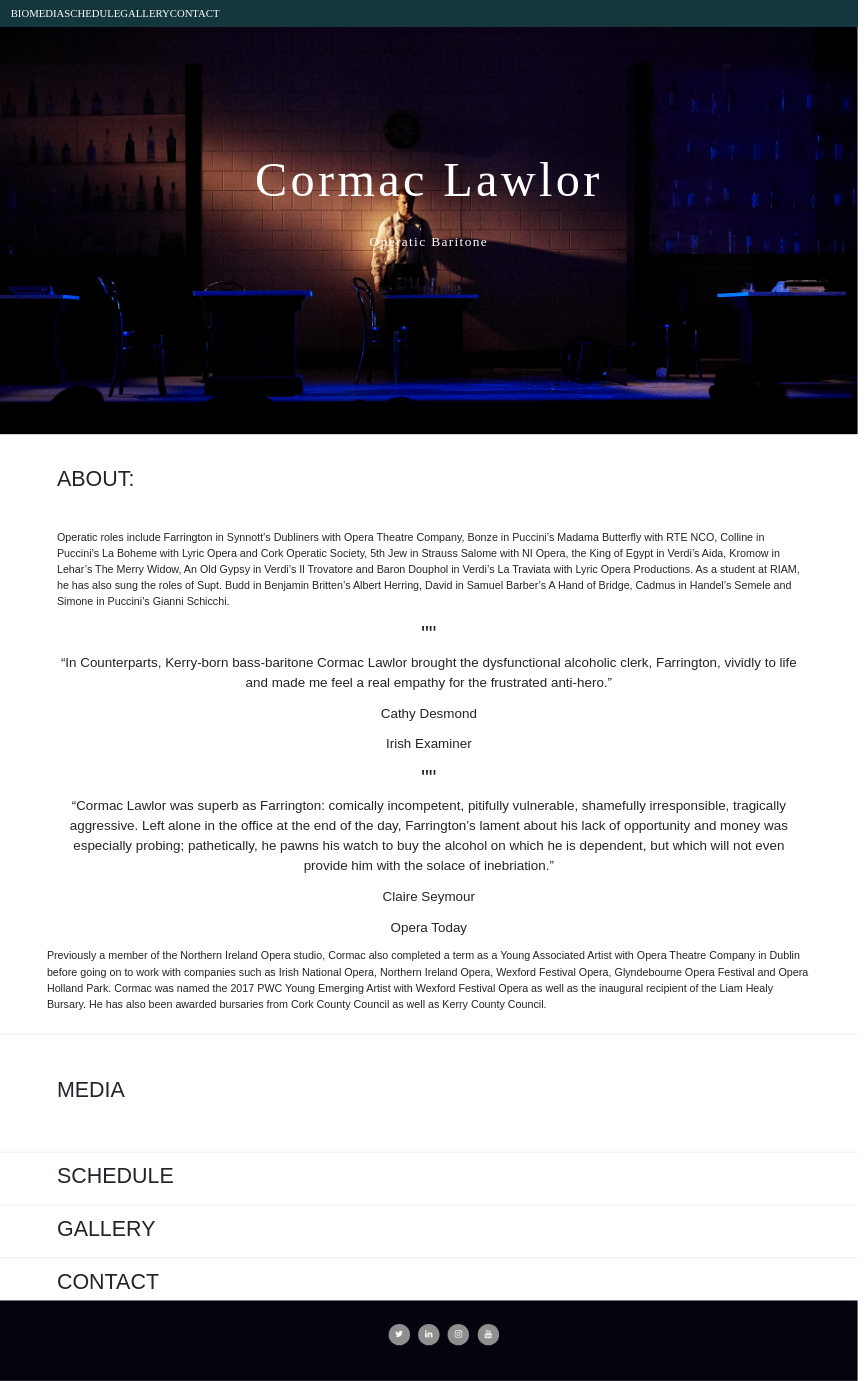
Repository: armedcor/frontend-project
Page: index.html
The author's editor kept a record of every edit. The page is drawn from the files as they stood at one moment, then again after the next edit.
The browser window is 1280 px wide. The page is 1295 px wide, so the pictures cover 1295 px, including what lies to the right of the window. The pictures show the whole page, at 67% of full size.
Backgrounds fixed to the window are drawn as part of the page. Some web fonts or font styles are not loaded; a fallback is used.

Above is the page before.

After the next edit:
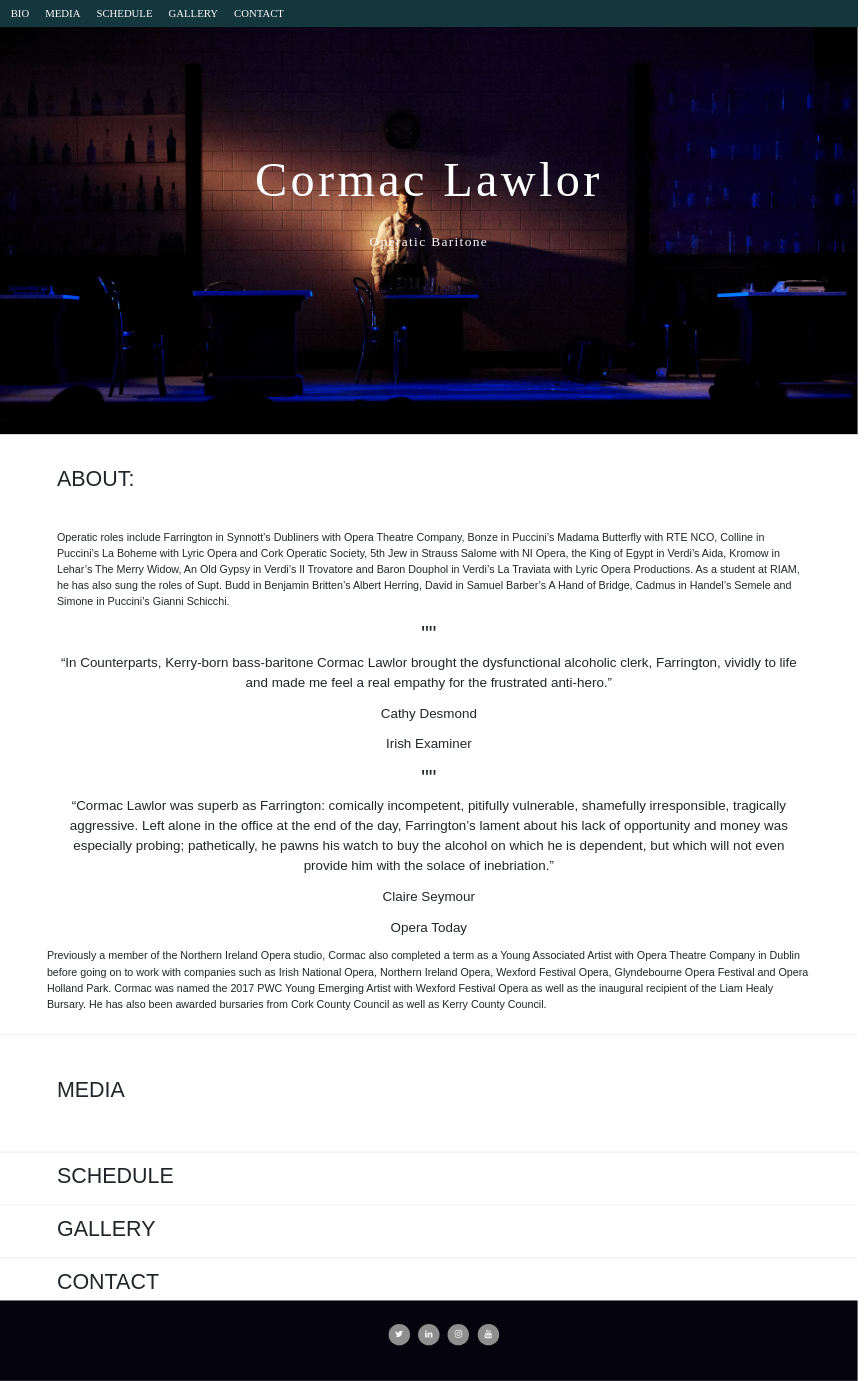
The edit:
--- a/index.html
+++ b/index.html
@@ -21,11 +21,11 @@
     <div class="container-fluid nav-container">
         <nav class="navbar navbar-dark navbar-expand-sm">
             <ul class="navbar-nav mr-auto">
-                <li class="active nav-item mx-auto"><a class="page-scroll" href="#about-me">BIO</a></li>
-                <li class="nav-item mx-auto"><a class="page-scroll" href="#media">MEDIA</a></li>
-                <li class="nav-item mx-auto"><a class="page-scroll" href="#schedule">SCHEDULE</a></li>
-                <li class="nav-item mx-auto"><a class="page-scroll" href="#gallery">GALLERY</a></li>
-                <li class="nav-item mr-2"><a class="page-scroll" href="#contact">CONTACT</a></li>
+                <li class="active nav-item mr-4"><a class="page-scroll" href="#about-me">BIO</a></li>
+                <li class="nav-item mr-4"><a class="page-scroll" href="#media">MEDIA</a></li>
+                <li class="nav-item mr-4"><a class="page-scroll" href="#schedule">SCHEDULE</a></li>
+                <li class="nav-item mr-4"><a class="page-scroll" href="#gallery">GALLERY</a></li>
+                <li class="nav-item mr-4"><a class="page-scroll" href="#contact">CONTACT</a></li>
             </ul>
         </nav>
     </div>
